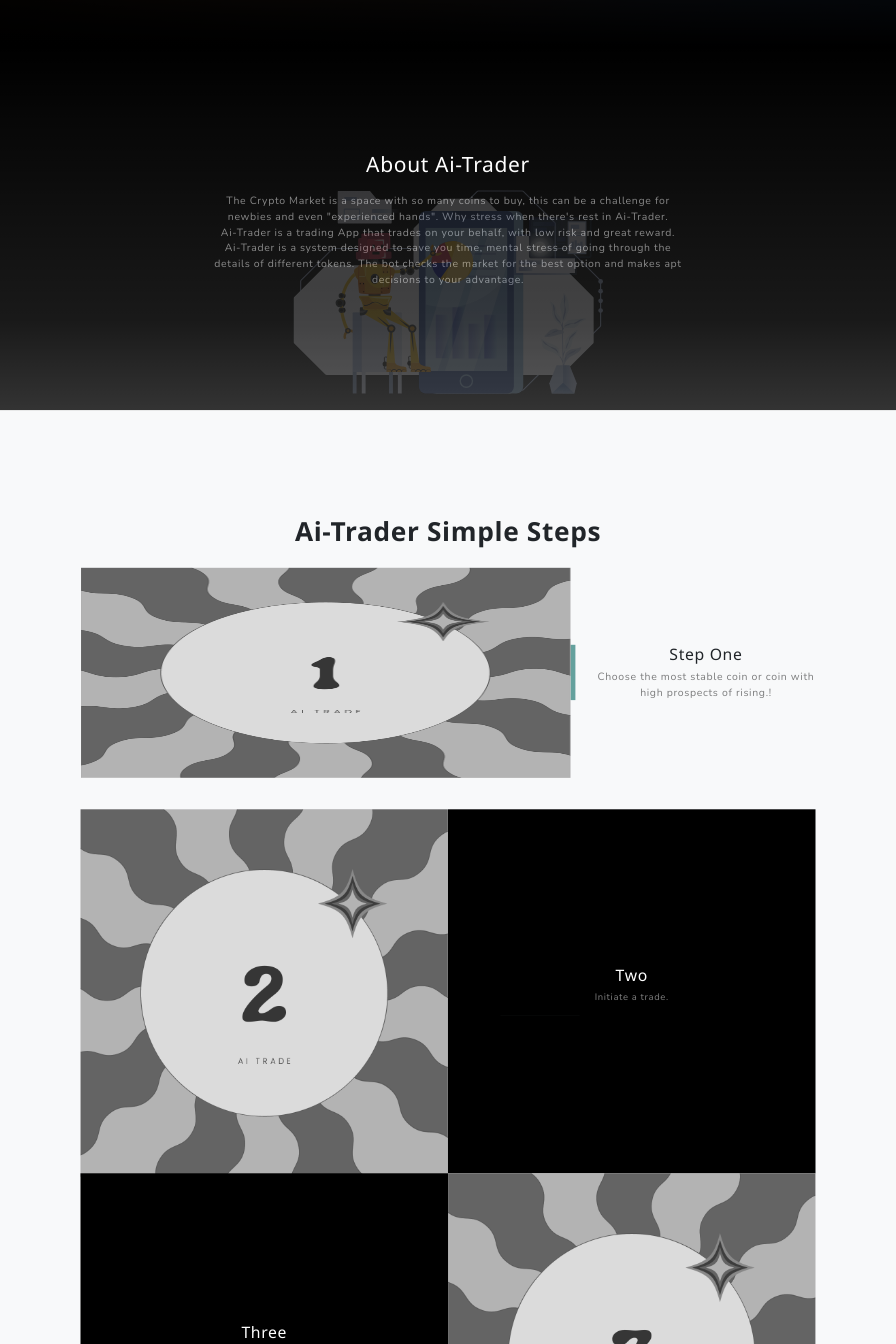
Repository: seyicoded/ico_one
Page: index.html
An editor plug-in stored every save of this project. The page is shown before and after the next save, followed by the edit.
The browser window is 1280 px wide. The pictures show the part of the page from y = 653 to 2573 px (the page is 4148 px tall), at 70% of full size.

Above is the page before, as saved 2022-03-06 14:42:59.

### index.html
<!DOCTYPE html>
<html lang="en">
    <head>
        <meta charset="utf-8" />
        <meta name="viewport" content="width=device-width, initial-scale=1, shrink-to-fit=no" />
        <meta name="description" content="" />
        <meta name="author" content="" />
        <title>Ai-Trader</title>
        <link rel="icon" type="image/x-icon" href="assets/favicon.ico" />
        <!-- Font Awesome icons (free version)-->
        <script src="https://use.fontawesome.com/releases/v5.15.4/js/all.js" crossorigin="anonymous"></script>
        <!-- Google fonts-->
        <link href="https://fonts.googleapis.com/css?family=Varela+Round" rel="stylesheet" />
        <link href="https://fonts.googleapis.com/css?family=Nunito:200,200i,300,300i,400,400i,600,600i,700,700i,800,800i,900,900i" rel="stylesheet" />
        <!-- Core theme CSS (includes Bootstrap)-->
        <link href="css/w3.css" rel="stylesheet" />
        <link href="css/styles.css" rel="stylesheet" />
        <link href="css/animate.css" rel="stylesheet" />
        <link href="css/custom.css" rel="stylesheet" />
        <script src="js/jquery.js"></script>
        <script src="js/wow.js"></script>
        <script src="js/bs.js"></script>
        <script type="text/javascript">
            //Initiat WOW JS
            window.onload = function(){
                $("#loaderr").hide();
                new WOW().init();
            }
            // new WOW().init();
        </script>
        <style>
            #loaderr{
                position: fixed;
                z-index: 99;
                top: 0;
                bottom: 0;
                left: 0;
                right: 0;
                background: linear-gradient(grey, black);
                display: flex;
                justify-content: center;
                align-items: center;
            }
            #skip-loader{
                position: fixed;
                bottom: 3%;
                right: 3%;
                background-color: transparent;
                color: white;
                border: none;
            }
        </style>
    </head>
    <body id="page-top">
        <!--  loader start -->
        <div id="loaderr">
            <img src="assets/svg/Spin-0.5s-247px.svg" />
            <button id="skip-loader" onclick="$('#loaderr').hide()">skip</button>
        </div>
        <!-- loader stop -->

        <!-- Navigation-->
        <nav class="navbar navbar-expand-lg navbar-light fixed-top" id="mainNav">
            <div class="container px-4 px-lg-5">
                <a class="navbar-brand" href="#page-top">Ai-Trader</a>
                <button class="navbar-toggler navbar-toggler-right" type="button" data-bs-toggle="collapse" data-bs-target="#navbarResponsive" aria-controls="navbarResponsive" aria-expanded="false" aria-label="Toggle navigation">
                    Menu
                    <i class="fas fa-bars"></i>
                </button>
                <div class="collapse navbar-collapse" id="navbarResponsive">
                    <ul class="navbar-nav ms-auto">
                        <li class="nav-item"><a class="nav-link" href="#about">About</a></li>
                        <li class="nav-item"><a class="nav-link" href="#trade">How to Trade</a></li>
                        <li class="nav-item"><a class="nav-link" href="#token">Tokenomics</a></li>
                    </ul>
                </div>
            </div>
        </nav>
        <!-- Masthead-->
        <header class="masthead">
            <div class="container px-4 px-lg-5 d-flex h-100 align-items-center justify-content-center">
                <div class="d-flex justify-content-center">
                    <div class="text-center">
                        <h1 class="mx-auto my-0 text-uppercase wow fadeIn animated" data-wow-duration="1090ms" data-wow-delay="1000ms">We Got You Covered</h1>
                        <h2 class="text-white-50 mx-auto mt-2 mb-5 wow fadeIn animated" data-wow-duration="1090ms" data-wow-delay="1300ms">An Artificial Intelligence You Can Trust.</h2>
                        <a class="btn btn-white white wow fadeIn animated" style="font-weight: bolder;" href="#about"  data-wow-duration="1090ms" data-wow-delay="1600ms">Get Started</a>
                    </div>
                </div>
            </div>
        </header>
        <!-- About-->
        <section class="about-section text-center" id="about">
            <div class="container px-4 px-lg-5">
                <div class="row gx-4 gx-lg-5 justify-content-center">
                    <div class="col-lg-8">
                        <h2 class="text-white mb-4 wow fadeInLeft animated" data-wow-duration="600ms" data-wow-delay="400ms">About Ai-Trader</h2>
                        <p class="text-white-50 wow fadeInLeft animated" data-wow-duration="600ms" data-wow-delay="600ms">
                            The Crypto Market is a space with so many coins to buy, this can be a challenge for newbies and even "experienced hands". Why stress when there's rest in Ai-Trader. <br />
                            Ai-Trader is a trading App that trades on your behalf, with low risk and great reward. <br />
                            Ai-Trader is a system designed to save you time, mental stress of going through the details of different tokens. The bot checks the market for the best option and makes apt decisions to your advantage.
                        </p>
                    </div>
                    <img class="img-fluid" src="assets/img/robot-doing-data-analysis.svg" style="filter: grayscale(20%); position: absolute; opacity: 19%; height: 400px;" alt="..." />
                </div>
                <!-- <img class="img-fluid" src="assets/img/ipad.png" style="filter: grayscale(80%); position: absolute; opacity: 30%;" alt="..." /> -->
                <div style="height: 100px;">&nbsp;</div>
            </div>
        </section>
        <!-- Projects-->
        <section class="projects-section bg-light" id="trade">
            <div class="container px-4 px-lg-5">
                <h1 style="text-align: center; font-weight: bold;">Ai-Trader Simple Steps</h1>
                <br />
                <!-- Featured Project Row-->
                <div class="row gx-0 mb-4 mb-lg-5 align-items-center wow fadeInLeft animated" data-wow-duration="600ms" data-wow-delay="400ms">
                    <div class="col-xl-8 col-lg-5"><img class="img-fluid mb-3 mb-lg-0" src="assets/count/1.png" style="height: 300px; width: 100%; filter: grayscale(80);" alt="..." /></div>
                    <div class="col-xl-4 col-lg-7">
                        <div class="featured-text text-center text-lg-left">
                            <h4>Step One</h4>
                            <p class="text-black-50 mb-0">Choose the most stable coin or coin with high prospects of rising.!</p>
                        </div>
                    </div>
                </div>
                <!-- Project One Row-->
                <div class="row gx-0 mb-5 mb-lg-0 justify-content-center wow fadeInLeft animated" data-wow-duration="600ms" data-wow-delay="400ms">
                    <div class="col-lg-6"><img class="img-fluid" src="assets/count/2.png" style="filter: grayscale(80);" alt="..." /></div>
                    <div class="col-lg-6">
                        <div class="bg-black text-center h-100 project">
                            <div class="d-flex h-100">
                                <div class="project-text w-100 my-auto text-center text-lg-left">
                                    <h4 class="text-white">Two</h4>
                                    <p class="mb-0 text-white-50">Initiate a trade.</p>
                                    <hr class="d-none d-lg-block mb-0 ms-0" />
                                </div>
                            </div>
                        </div>
                    </div>
                </div>
                <!-- Project Two Row-->
                <div class="row gx-0 justify-content-center wow fadeInLeft animated" data-wow-duration="600ms" data-wow-delay="400ms">
                    <div class="col-lg-6"><img class="img-fluid" src="assets/count/3.png" style="filter: grayscale(80);" alt="..." /></div>
                    <div class="col-lg-6 order-lg-first">
                        <div class="bg-black text-center h-100 project">
                            <div class="d-flex h-100">
                                <div class="project-text w-100 my-auto text-center text-lg-right">
                                    <h4 class="text-white">Three</h4>
                                    <p class="mb-0 text-white-50">Takes you out of the trade after reaching the margin you've set.!</p>
                                    <hr class="d-none d-lg-block mb-0 me-0" />
                                </div>
                            </div>
                        </div>
                    </div>
                </div>
            </div>
        </section>
        <!-- Signup-->
        <section class="signup-section" id="token">
            <div class="container px-4 px-lg-5">
                <div class="row gx-4 gx-lg-5">
                    <div class="col-md-10 col-lg-8 mx-auto text-center">
                        <i class="far fa-paper-plane fa-2x mb-2 text-white"></i>
                        <h2 class="text-white mb-5">Tokenomial</h2>
                        <!-- * * * * * * * * * * * * * * *-->
                        <!-- * * SB Forms Contact Form * *-->
                        <!-- * * * * * * * * * * * * * * *-->
                        <!-- This form is pre-integrated with SB Forms.-->
                        <!-- To make this form functional, sign up at-->
                        <!-- https://startbootstrap.com/solution/contact-forms-->
                        <!-- to get an API token!-->
                        <div style="color: white; text-align: justify;">
                            Lorem ipsum dolor sit amet, consectetur adipiscing elit, sed do eiusmod tempor incididunt ut labore et dolore magna aliqua. Ut enim ad minim veniam, quis nostrud exercitation ullamco laboris nisi ut aliquip ex ea commodo consequat. Duis aute irure dolor in reprehenderit in voluptate velit esse cillum dolore eu fugiat nulla pariatur. Excepteur sint occaecat cupidatat non proident, sunt in culpa qui officia deserunt mollit anim id est laborum.
                        </div>
                        <!-- <form class="form-signup" id="contactForm" data-sb-form-api-token="API_TOKEN">

                            <div class="row input-group-newsletter">
                                <div class="col"><input class="form-control" id="emailAddress" type="email" placeholder="Enter email address..." aria-label="Enter email address..." data-sb-validations="required,email" /></div>
                                <div class="col-auto"><button class="btn btn-primary disabled" id="submitButton" type="submit">Notify Me!</button></div>
                            </div>
                            <div class="invalid-feedback mt-2" data-sb-feedback="emailAddress:required">An email is required.</div>
                            <div class="invalid-feedback mt-2" data-sb-feedback="emailAddress:email">Email is not valid.</div>




                            <div class="d-none" id="submitSuccessMessage">
                                <div class="text-center mb-3 mt-2 text-white">
                                    <div class="fw-bolder">Form submission successful!</div>
                                    To activate this form, sign up at
                                    <br />
                                    <a href="https://startbootstrap.com/solution/contact-forms">https://startbootstrap.com/solution/contact-forms</a>
                                </div>
                            </div>




                            <div class="d-none" id="submitErrorMessage"><div class="text-center text-danger mb-3 mt-2">Error sending message!</div></div>
                        </form> -->
                    </div>
                </div>
            </div>
        </section>
        <!-- Contact-->
        <section class="contact-section bg-black">
            <div class="container px-4 px-lg-5">
                <h2 class="text-white">Need Help!</h2>

                <div class="row gx-4 gx-lg-5">
                    <div class="col-md-4 mb-3 mb-md-0">
                        <div class="card py-4 h-100">
                            <div class="card-body text-center">
                                <i class="fas fa-map-marked-alt text-primary mb-2"></i>
                                <h4 class="text-uppercase m-0">Telegram</h4>
                                <hr class="my-4 mx-auto" />
                                <div class="small text-black-50"><a href="https://t.me/AITRADERCOM">Click Here</a></div>
                            </div>
                        </div>
                    </div>
                    <div class="col-md-4 mb-3 mb-md-0">
                        <div class="card py-4 h-100">
                            <div class="card-body text-center">
                                <i class="fas fa-envelope text-primary mb-2"></i>
                                <h4 class="text-uppercase m-0">Email</h4>
                                <hr class="my-4 mx-auto" />
                                <div class="small text-black-50"><a href="mailto:contact@worldaitrader.com">contact@worldaitrader.com</a></div>
                            </div>
                        </div>
                    </div>
                    <div class="col-md-4 mb-3 mb-md-0">
                        <div class="card py-4 h-100">
                            <div class="card-body text-center">
                                <i class="fas fa-mobile-alt text-primary mb-2"></i>
                                <h4 class="text-uppercase m-0">Phone</h4>
                                <hr class="my-4 mx-auto" />
                                <div class="small text-black-50">+1 (555) 902-8832</div>
                            </div>
                        </div>
                    </div>
                </div>
                <div class="social d-flex justify-content-center">
                    <a class="mx-2" href="#!"><i class="fab fa-twitter"></i></a>
                    <a class="mx-2" href="#!"><i class="fab fa-facebook-f"></i></a>
                    <a class="mx-2" href="#!"><i class="fab fa-github"></i></a>
                </div>
            </div>
        </section>
        <!-- Footer-->
        <footer class="footer bg-black small text-center text-white-50"><div class="container px-4 px-lg-5">Copyright &copy; Ai-Trader 2021</div></footer>
        <!-- Bootstrap core JS-->
        <script src="https://cdn.jsdelivr.net/npm/bootstrap@5.1.3/dist/js/bootstrap.bundle.min.js"></script>
        <!-- Core theme JS-->
        <script src="js/scripts.js"></script>

        <script src="https://cdn.startbootstrap.com/sb-forms-latest.js"></script>
    </body>
</html>

### js/scripts.js
/*!
* Start Bootstrap - Grayscale v7.0.4 (https://startbootstrap.com/theme/grayscale)
* Copyright 2013-2021 Start Bootstrap
* Licensed under MIT (https://github.com/StartBootstrap/startbootstrap-grayscale/blob/master/LICENSE)
*/
//
// Scripts
//

window.addEventListener('DOMContentLoaded', event => {

    // Navbar shrink function
    var navbarShrink = function () {
        const navbarCollapsible = document.body.querySelector('#mainNav');
        if (!navbarCollapsible) {
            return;
        }
        if (window.scrollY === 0) {
            navbarCollapsible.classList.remove('navbar-shrink')
        } else {
            navbarCollapsible.classList.add('navbar-shrink')
        }

    };

    // Shrink the navbar
    navbarShrink();

    // Shrink the navbar when page is scrolled
    document.addEventListener('scroll', navbarShrink);

    // Activate Bootstrap scrollspy on the main nav element
    const mainNav = document.body.querySelector('#mainNav');
    if (mainNav) {
        new bootstrap.ScrollSpy(document.body, {
            target: '#mainNav',
            offset: 74,
        });
    };

    // Collapse responsive navbar when toggler is visible
    const navbarToggler = document.body.querySelector('.navbar-toggler');
    const responsiveNavItems = [].slice.call(
        document.querySelectorAll('#navbarResponsive .nav-link')
    );
    responsiveNavItems.map(function (responsiveNavItem) {
        responsiveNavItem.addEventListener('click', () => {
            if (window.getComputedStyle(navbarToggler).display !== 'none') {
                navbarToggler.click();
            }
        });
    });

});

Loaded but not shown: css/w3.css (library); css/styles.css (library); css/animate.css (library); js/jquery.js (library); js/wow.js (library); js/bs.js (library); css/custom.css (no stored copy; drawn as an empty file)

After the next save:
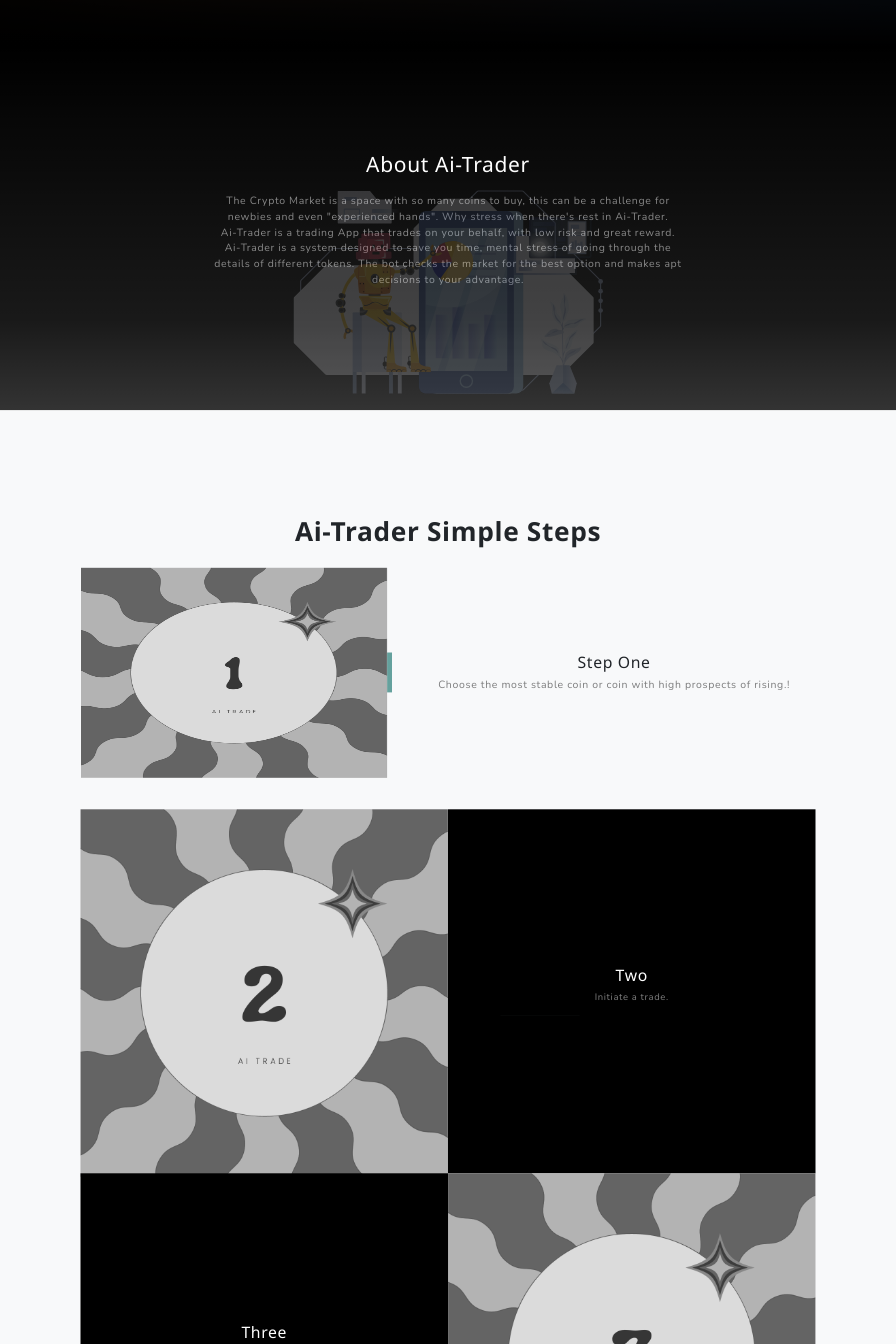
Saved 44 s later.
--- a/index.html
+++ b/index.html
@@ -113,8 +113,8 @@
                 <br />
                 <!-- Featured Project Row-->
                 <div class="row gx-0 mb-4 mb-lg-5 align-items-center wow fadeInLeft animated" data-wow-duration="600ms" data-wow-delay="400ms">
-                    <div class="col-xl-8 col-lg-5"><img class="img-fluid mb-3 mb-lg-0" src="assets/count/1.png" style="height: 300px; width: 100%; filter: grayscale(80);" alt="..." /></div>
-                    <div class="col-xl-4 col-lg-7">
+                    <div class="col-xl-5 col-lg-5"><img class="img-fluid mb-3 mb-lg-0" src="assets/count/1.png" style="height: 300px; width: 100%; filter: grayscale(80);" alt="..." /></div>
+                    <div class="col-xl-7 col-lg-7">
                         <div class="featured-text text-center text-lg-left">
                             <h4>Step One</h4>
                             <p class="text-black-50 mb-0">Choose the most stable coin or coin with high prospects of rising.!</p>
